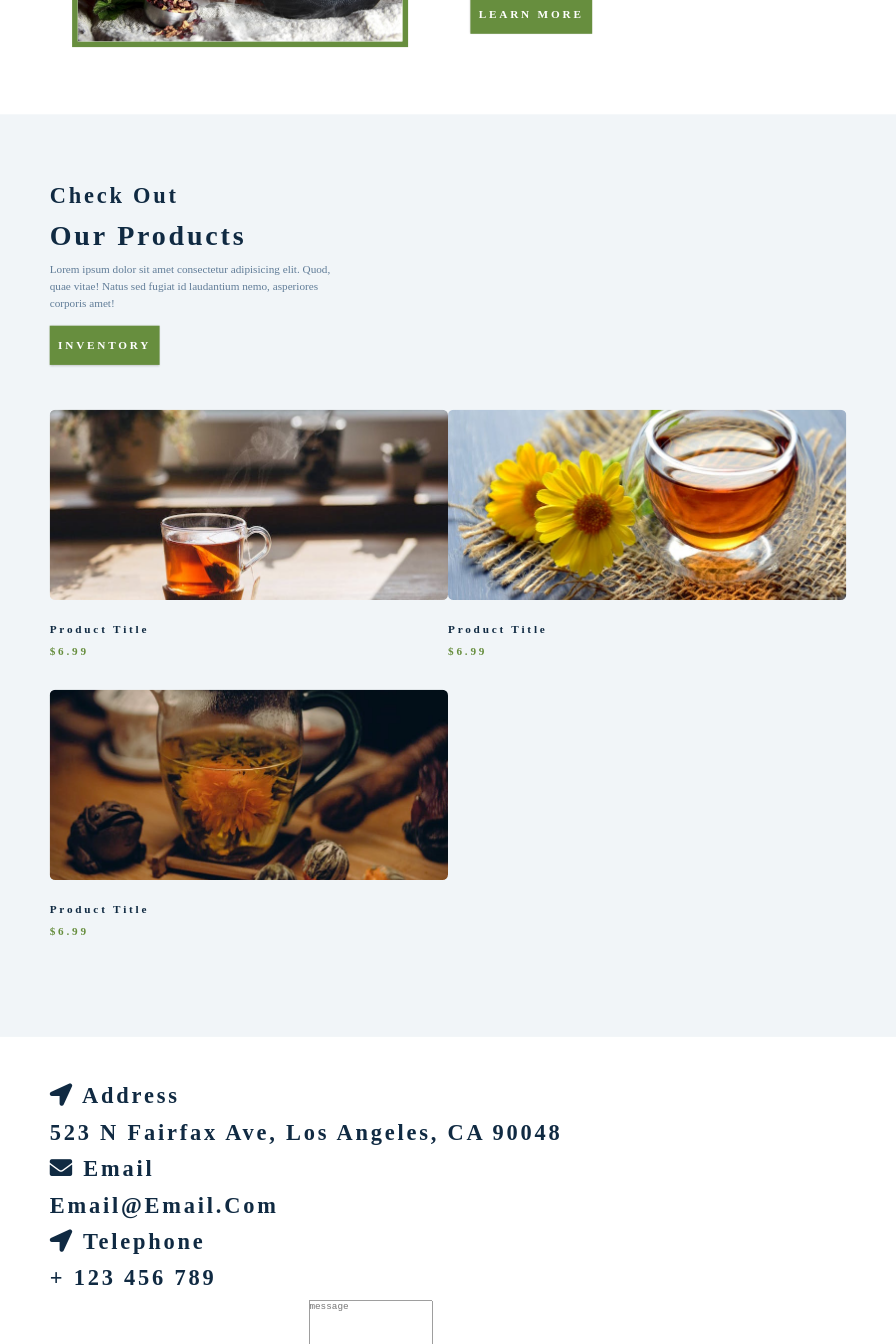
Repository: Ndifoinhilary/building_tea_site
Page: index.html
These files come from the project's save history. The page is drawn as it stood at one moment and after the next save; the edit follows.
The browser window is 1280 px wide. The pictures show the part of the page from y = 1466 to 3386 px (the page is 3667 px tall), at 70% of full size.
Backgrounds fixed to the window are drawn as part of the page. Some web fonts or font styles are not loaded; a fallback is used.

Above is the page before, as saved 2024-01-06 13:13:49.

### index.html
<!DOCTYPE html>
<html lang="en">

<head>
  <meta charset="UTF-8" />
  <meta name="viewport" content="width=device-width, initial-scale=1.0" />
  <meta http-equiv="X-UA-Compatible" content="ie=edge" />
  <title>Tea Station || Home</title>
  <!-- font-awesome -->
  <link rel="stylesheet" href="./fontawesome-free-5.7.2-web/css/all.css" />
  <!-- custom css -->
  <link rel="stylesheet" href="./css/styles.css" />
</head>

<body>
  <!-- nav button -->
  <span class="nav-btn" id="nav-btn">
    <i class="fas fa-bars"></i>
  </span>
  <!-- nav -->
  <nav class="navbar" id="navbar">
    <div class="navbar-header">
      <span class="nav-close" id="nav-close">
        <i class="fas fa-times"></i>
      </span>
    </div>
    <ul class="nav-items">
      <li><a href="index.html" class="nav-link">home</a></li>
      <li><a href="skills.html" class="nav-link">skills</a></li>
      <li><a href="about.html" class="nav-link">about</a></li>
      <li><a href="products.html" class="nav-link">products</a></li>
    </ul>
  </nav>
  <!-- header -->
  <header class="header">
    <div class="banner">
      <h2 class="banner-subtitle">Over one hunred flavors of tea</h2>
      <h1 class="banner-title">specially crafted tea</h1>
      <a href="skills.html" class=" btn banner-btn">explore</a>
    </div>
  </header>

  <div class="content-divider"></div>





  <!-- skills section -->
  <section class="skills clearfix">
    <!-- single skill -->
    <article class="skill">
      <span class="skill-icon">
        <i class="fas fa-mug-hot"></i>
      </span>
      <h4 class="skill-title">made in US</h4>
      <!-- ten words -->
      <p class="skill-text">
        Lorem ipsum dolor sit amet consectetur adipisicing elit. Tempore,
        sequi.
      </p>
    </article>
    <!-- end of single skill -->
    <!-- single skill -->
    <article class="skill">
      <span class="skill-icon">
        <i class="fas fa-glass-cheers"></i>
      </span>
      <h4 class="skill-title">relaxation</h4>
      <!-- ten words -->
      <p class="skill-text">
        Lorem ipsum dolor sit amet consectetur adipisicing elit. Tempore,
        sequi.
      </p>
    </article>
    <!-- end of single skill -->
    <!-- single skill -->
    <article class="skill">
      <span class="skill-icon">
        <i class="fas fa-bomb"></i>
      </span>
      <h4 class="skill-title">energy</h4>
      <!-- ten words -->
      <p class="skill-text">
        Lorem ipsum dolor sit amet consectetur adipisicing elit. Tempore,
        sequi.
      </p>
    </article>
    <!-- end of single skill -->
    <!-- single skill -->
    <article class="skill">
      <span class="skill-icon">
        <i class="fas fa-mortar-pestle"></i>
      </span>
      <h4 class="skill-title">family recipe</h4>
      <!-- ten words -->
      <p class="skill-text">
        Lorem ipsum dolor sit amet consectetur adipisicing elit. Tempore,
        sequi.
      </p>
    </article>
    <!-- end of single skill -->
  </section>
  <!--end of skills section -->




  <!-- about -->
  <section class="about">

    <div class="section-center clearfix">

      <article class="about-img">
        <div class="about-picture-container">
          <img src="./images/about-bcg.jpeg" alt="tea kettle" class="about-picture" />
        </div>
      </article>

      <article class="about-info">
        <!-- section title -->
        <div class="section-title">
          <h3 class="section-subtitle">about our</h3>
          <h2 class="section-title">tea station</h2>
        </div>
        <!-- section title -->
        <p class="about-text">
          Lorem ipsum dolor sit amet consectetur adipisicing elit. Possimus
          numquam rem eos vel consequuntur obcaecati?
        </p>
        <p class="about-text">
          Lorem ipsum dolor sit amet consectetur adipisicing elit. Possimus
          numquam rem eos vel consequuntur obcaecati?
        </p>
        <a href="about.html" class="btn">learn more</a>
      </article>
    </div>
  </section>
  <!-- end of about -->





  <!-- products -->
  <section class="products">
    <div class="section-center clearfix">
      <!-- products info  -->
      <article class="products-info">
        <!-- title -->
        <div>
          <h3 class="section-subtitle">check out</h3>
          <h2 class="section-title text-white">our products</h2>
        </div>
        <!-- end of title -->
        <p class="product-text">
          Lorem ipsum dolor sit amet consectetur adipisicing elit. Quod, quae
          vitae! Natus sed fugiat id laudantium nemo, asperiores corporis
          amet!
        </p>
        <a href="products.html" class="btn">inventory</a>
      </article>
      <!-- end of products info -->

      <!-- products inventory -->
      <article class="products-inventory clearfix">
        <!-- single product -->
        <div class="product">
          <img src="./images/product-1.jpeg" alt="single product" class="product-img" />
          <h4 class="product-title">product title</h4>
          <h4 class="product-price">$6.99</h4>
        </div>
        <!--end of single product -->
        <!-- single product -->
        <div class="product">
          <img src="./images/product-2.jpeg" alt="single product" class="product-img" />
          <h4 class="product-title">product title</h4>
          <h4 class="product-price">$6.99</h4>
        </div>
        <!--end of single product -->
        <!-- single product -->
        <div class="product">
          <img src="./images/product-3.jpeg" alt="single product" class="product-img" />
          <h4 class="product-title">product title</h4>
          <h4 class="product-price">$6.99</h4>
        </div>
        <!--end of single product -->
      </article>
      <!--end of  products inventory -->
    </div>
  </section>


  <!-- end of  products -->




  <!-- contact -->
  <section class="contact">
    <div class="section-center clearfix">
      <!-- contact info -->
      <article class="contact-info">
        <!-- contact item -->
        <div class="contact-item">
          <!-- contact text -->
          <h3 class="contact-title">
            <span class="contact-icon">
              <i class="fas fa-location-arrow"></i> </span>address
          </h3>
          <h3 class="contact-text">
            523 N Fairfax Ave, Los Angeles, CA 90048
          </h3>
        </div>
        <!-- end of contact item -->
        <!-- contact item -->
        <div class="contact-item">
          <!-- contact text -->
          <h3 class="contact-title">
            <span class="contact-icon"> <i class="fas fa-envelope"></i> </span>email
          </h3>
          <h3 class="contact-text">email@email.com</h3>
        </div>
        <!-- end of contact item -->

        <!-- contact item -->
        <div class="contact-item">
          <!-- contact text -->
          <h3 class="contact-title">
            <span class="contact-icon">
              <i class="fas fa-location-arrow"></i> </span>telephone
          </h3>
          <h3 class="contact-text">+ 123 456 789</h3>
        </div>
        <!-- end of contact item -->
      </article>
      <article class="contact-form">
        <form action="https://formspree.io/learncodetutorial@gmail.com" method="POST" class="form-group">
          <input type="text" name="name" placeholder="name" class="form-control" />
          <input type="email" name="email" placeholder="email" class="form-control" />
          <textarea name="message" placeholder="message" class="form-control" rows="5"></textarea>
          <button class="main-btn">send</button>
        </form>
      </article>
      <!-- end of contact info -->
    </div>
  </section>




  <!-- end o fcontact -->
  <footer class="footer">
    <div class="section-center">
      <div class="social-icons">
        <!-- social icon -->
        <a href="#" class="social-icon">
          <i class="fab fa-facebook"></i>
        </a>
        <!-- end of social icon -->
        <!-- social icon -->
        <a href="#" class="social-icon">
          <i class="fab fa-twitter"></i>
        </a>
        <!-- end of social icon -->
        <!-- social icon -->
        <a href="#" class="social-icon">
          <i class="fab fa-instagram"></i>
        </a>
        <!-- end of social icon -->
      </div>
      <p class="footer-text">
        &copy;2019 <span class="text-primary">tea station</span>. all rights
        reserved
      </p>
    </div>
  </footer>



  <script src="app.js"></script>
</body>

</html>

### css/styles.css
@import url("https://fonts.googleapis.com/css?family=Catamaran:400,700|Grand+Hotel");

* {
  margin: 0;
  padding: 0;
  box-sizing: border-box;
}

/*================
Global variables
===================
*/

:root{
  --clr-primary:#678e3e;
  --clr-primary-light:#beed8c;
  --clr-grey-1:#102a42;
  --clr-grey-5:#617d98;
  --clr-grey-10:#f1f5f8;
  --clr-white:#fff;
  --ff-primary:"Catamaran",sans-serif;
  --ff-secondary:"Grand Hotel", cursive;
  --transition: all 0.3s linear ;
  --spacing:0.25rem;
  --radius:0.5rem;
}


body{
  font-family: var(--clr-primary);
  background: var(--clr-white);
  color: var(--clr-grey-1);
  line-height: 1.5;
  font-size: 0.875rem;
}

a{
  text-decoration: none;
}

img{
  width: 100%;
  display: block;
}
h1,h2,h3,h4{
  letter-spacing: var(--spacing);
  text-transform: capitalize;
  line-height: 1.25;
  margin-bottom: 0.75rem;
}

h1{
  font-size: 3rem;
}
h2{
  font-size: 2rem;
}
h3{
  font-size: 1.5rem;
}
h4{
  font-size: 0.875rem;
}

p{
  margin-bottom: 1.25rem;
}
@media screen and (min-width:800px) {
  h1{
    font-size: 4rem;
  }
  h2{
    font-size: 2.5rem;
  }
  h3{
    font-size: 2rem;
  }
  h4{
    font-size: 1rem;
  }
  body{
    font-size: 1rem;
  }
  h1,h2,h3,h4{
    line-height: 1.25;

  }
}
/*
more css
 */

 .btn{
  text-transform: uppercase;
  background: var(--clr-primary);
  color: var(--clr-white);
  padding: 1rem 0.75rem;
  letter-spacing: var(--spacing);
  display: inline-block;
  font-weight:700 ;
  transition: var(--transition);
  font-size: 1rem;
  border: none;
  cursor: pointer;
  box-shadow: 0 1px 3px rgba(0, 0, 0,0.2);
 }
.btn:hover {
  color: var(--ff-primary);
  background: var(--clr-primary-light);
}
.clearfix::after , .clearfix::before{
  content: "";
  clear: both;
  display: table;
}
.section-title h3{
font-family: var(--ff-secondary);
color: var(--clr-primary);
}
section-title{
  margin-bottom: 2rem;
}
.section-center{
  padding: 4rem 0;
  width: 85vw;
  margin: 0 auto;
  max-width: 1170px;
}
@media screen and (min-width:992px) {
  .section-center{
    width: 95vw;
    padding: 4rem 1rem;
  }
}
 /*
 header
  */

  .header{
    min-height: 100vh;
    background: linear-gradient(rgba(0, 0, 0,0.6),rgba(0, 0, 0,0.6)) ,url("/images/main-bcg.jpeg") center/cover no-repeat fixed;
    position: relative;
    /* animation */
    overflow-x: hidden;

  }

  .banner{
    text-align: center;
    position: absolute;
    top: 50%;
    left: 50%;
    transform: translate(-50%,-50%);
  }

  .banner h2{
    font-family: var(--ff-secondary);
    color: var(--clr-primary);
    /* animation */
  }

  .banner h1{
    text-transform: uppercase;
    color: var(--clr-white);
    margin-top: 1.25rem;
    margin-bottom: 2rem;
  }

.banner-btn{
  outline: 0.125rem solid var(--clr-primary);
  outline-offset: 0.25rem;
  font-size: 1.25rem;
  padding:1rem 1.75rem ;
}

.content-divider{
height: 0.5rem;
background: linear-gradient(to left, var(--clr-primary), #e9b949, var(--clr-primary));
}

/*
skills section
 */

 .skills{
  background: var(--clr-grey-10);

 }

 .skill{
  text-align: center;
  padding: 2.5rem 0;
  transition: var(--transition);

 }

 .skill-icon{
  font-size: 2.5rem;
  margin-bottom: 1.25rem;
  transition: var(--transition);
  display: inline-block;
  color: var(--clr-primary);

 }
 .skill-text{
  color: var(--clr-grey-5);
  max-width: 17rem;
  margin: 0 auto;
 }
 .skill:hover {
  background: var(--clr-white);
  box-shadow: 0  2px var(--clr-primary);
 }

 .skill:hover .skill-icon{
  transform: translateY(-5px);
 }
 @media screen and (min-width:576px) {
  .skill{
    float: left;
    width: 50%;
  }
 }

 @media screen and (min-width:1200px) {
  .skill{

    width: 25%;
  }
 }

 /*
 About css
  */
.about-img, .about-info{
  padding: 2rem;
}

.about-picture-container{
  color: var(--clr-primary);
  border: 0.5rem solid var(--clr-primary);
  max-width: 30rem;
  overflow: hidden;

}

.about-picture{
  transition: var(--transition);
}

.about-picture-container:hover .about-picture{
opacity: 0.5;
transform: scale(1.2)
}


.about-text{
  max-width: 26rem;
  color: var(--clr-grey-5);
}


@media screen and (min-width:992px) {
  .about-info, .about-img{
    float: left;
    width: 50%;
  }
  .about-info{
    padding-left:2rem ;
  }
}
/*
product section
 */


 .product{
  margin-bottom: 2rem;
 }

.products{
  background: var(--clr-grey-10);

}

.products article{
  padding: 2rem 0;
}
.product-text{
  color: var(--clr-grey-5);
  max-width: 26rem;
}

.product-img{
  border-radius: var(--radius);
  margin-bottom: 2rem;
  height: 17rem;
  object-fit: cover;
}

.product-price{
  color: var(--clr-primary);
}

@media screen and (min-width:768px) {
.product{
  float: left;
  width: 50%;
}

}

### app.js
const navBtn = document.getElementById("nav-btn");
const navbar = document.getElementById("navbar");
const navClose = document.getElementById("nav-close");

navBtn.addEventListener("click", () => {
  navbar.classList.add("showNav");
});

navClose.addEventListener("click", () => {
  navbar.classList.remove("showNav");
});

Loaded but not shown: fontawesome-free-5.7.2-web/css/all.css (library)

After the next save:
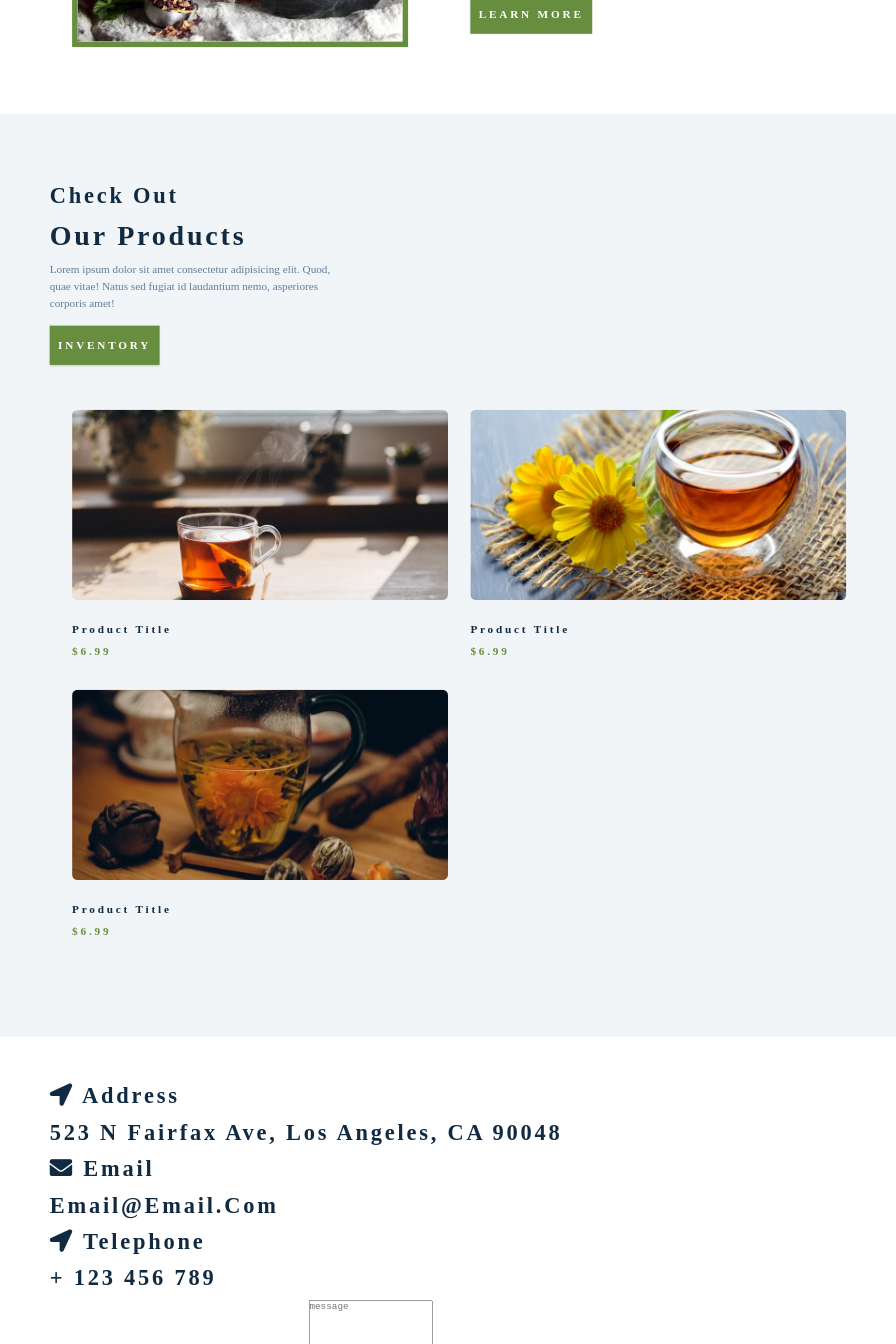
Saved 108 s later.
--- a/css/styles.css
+++ b/css/styles.css
@@ -306,6 +306,7 @@ product section
 .product{
   float: left;
   width: 50%;
-}
-
-}
+  padding-left: 2rem;
+}
+
+}
